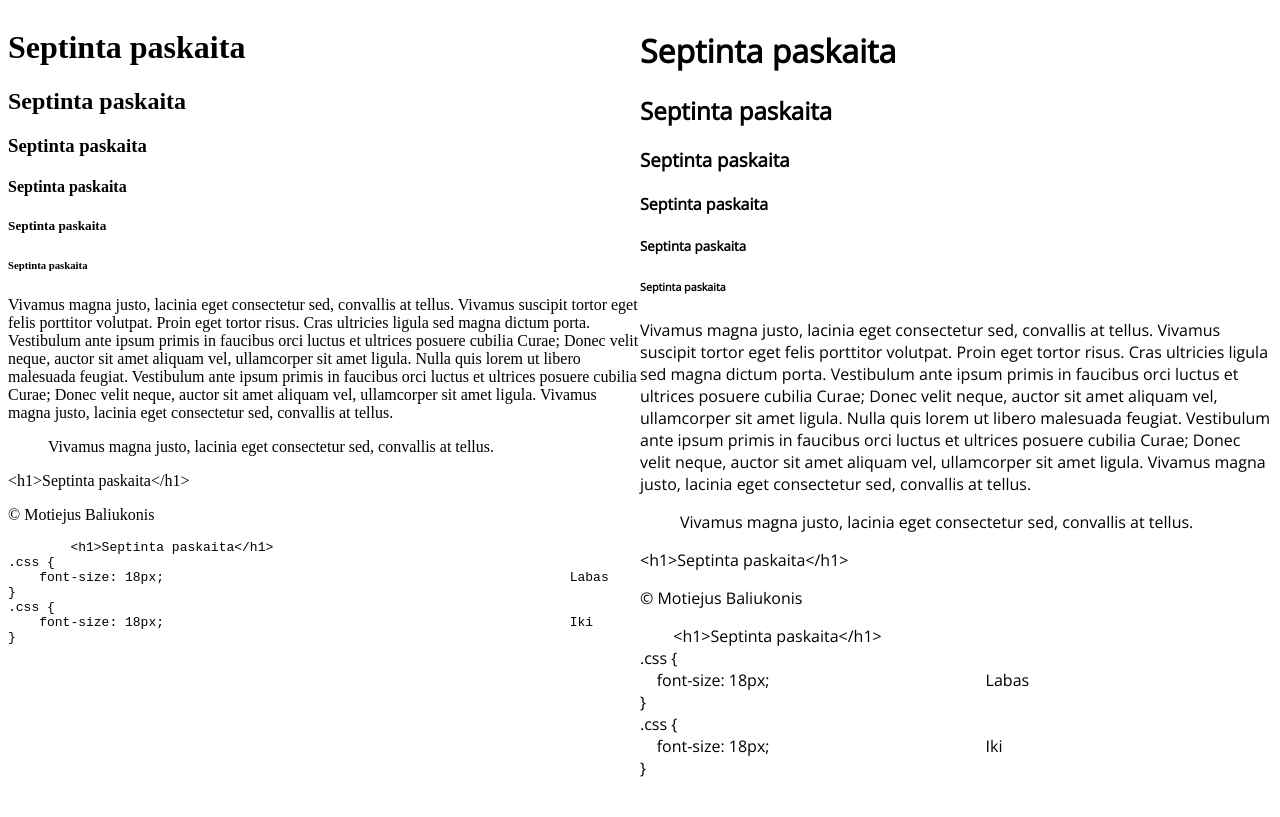
Repository: motiejus1/07-paskaita-05.31
Page: index.html
An editor plug-in stored every save of this project. The page is shown before and after the next save, followed by the edit.
The browser window is 1280 px wide. The pictures show the whole page.

Above is the page before, as saved 2021-06-10 19:41:44.

After the next save:
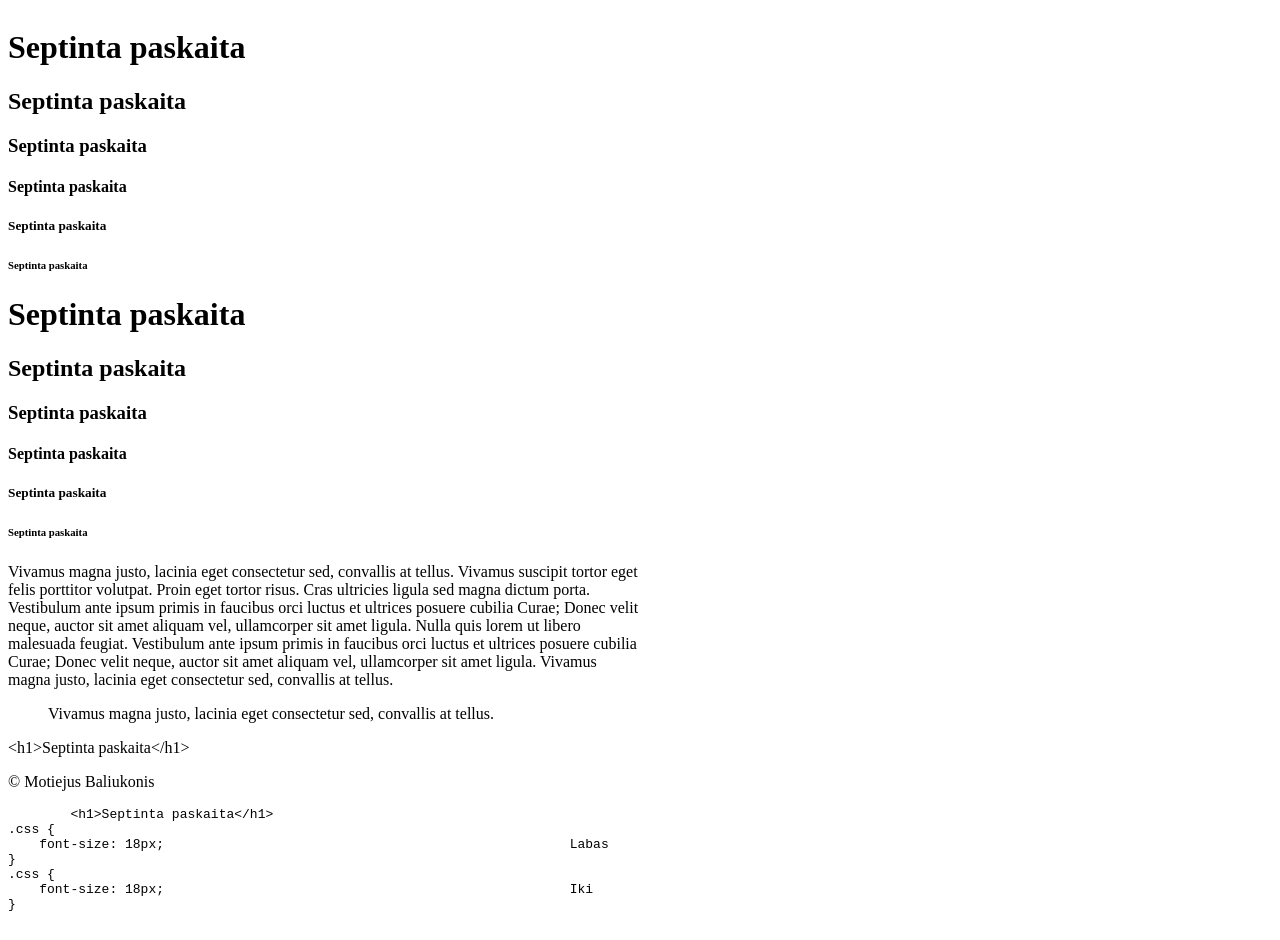
Saved 5 s later.
--- a/index.html
+++ b/index.html
@@ -47,7 +47,7 @@
             <h5>Septinta paskaita</h5>
             <h6>Septinta paskaita</h6>
 
-            <p class="sriftas1">Vivamus magna justo, lacinia eget consectetur sed, convallis at tellus. Vivamus suscipit tortor eget felis porttitor volutpat. Proin eget tortor risus. Cras ultricies ligula sed magna dictum porta. Vestibulum ante ipsum primis in faucibus orci luctus et ultrices posuere cubilia Curae; Donec velit neque, auctor sit amet aliquam vel, ullamcorper sit amet ligula. Nulla quis lorem ut libero malesuada feugiat. Vestibulum ante ipsum primis in faucibus orci luctus et ultrices posuere cubilia Curae; Donec velit neque, auctor sit amet aliquam vel, ullamcorper sit amet ligula. Vivamus magna justo, lacinia eget consectetur sed, convallis at tellus.</p>
+            <p class="sriftas1>Vivamus magna justo, lacinia eget consectetur sed, convallis at tellus. Vivamus suscipit tortor eget felis porttitor volutpat. Proin eget tortor risus. Cras ultricies ligula sed magna dictum porta. Vestibulum ante ipsum primis in faucibus orci luctus et ultrices posuere cubilia Curae; Donec velit neque, auctor sit amet aliquam vel, ullamcorper sit amet ligula. Nulla quis lorem ut libero malesuada feugiat. Vestibulum ante ipsum primis in faucibus orci luctus et ultrices posuere cubilia Curae; Donec velit neque, auctor sit amet aliquam vel, ullamcorper sit amet ligula. Vivamus magna justo, lacinia eget consectetur sed, convallis at tellus.</p>
 
             <blockquote>Vivamus magna justo, lacinia eget consectetur sed, convallis at tellus.</blockquote>
 

After the save that followed:
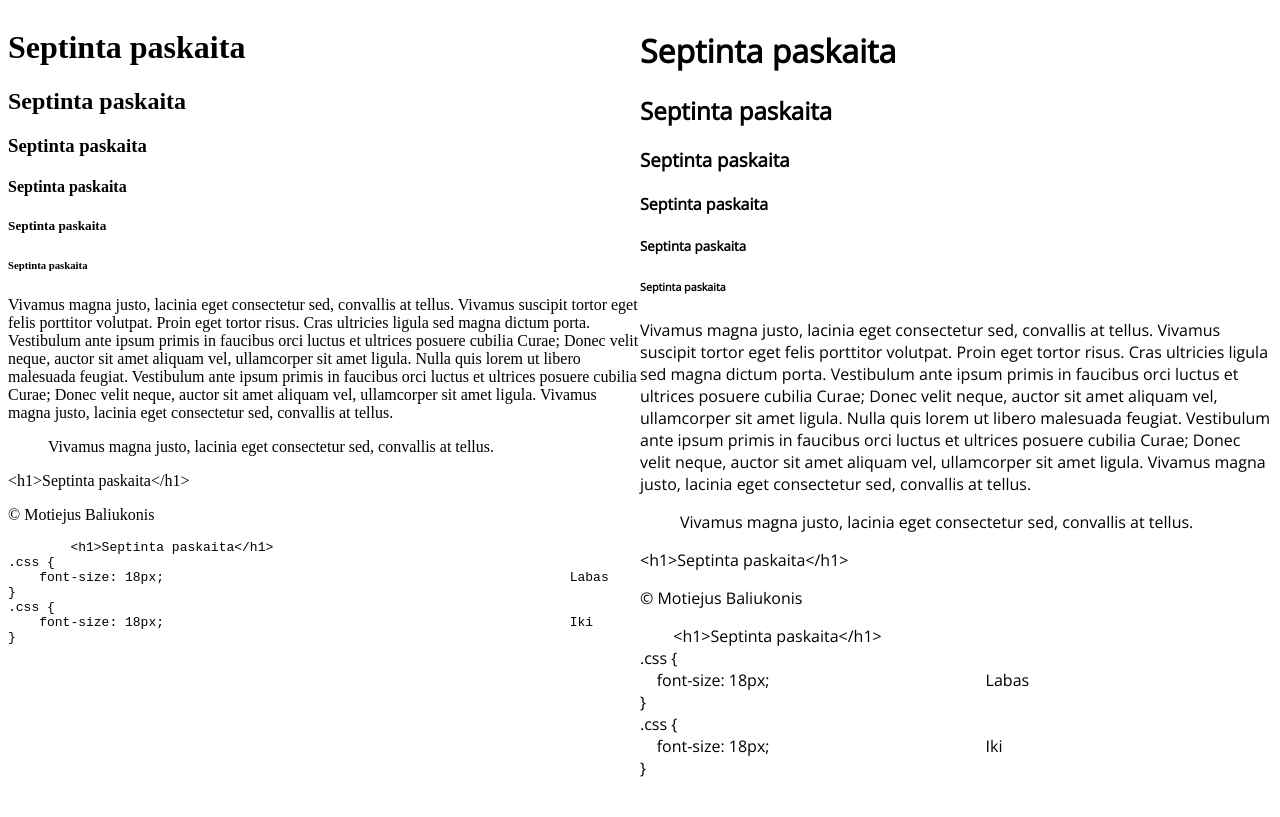
Saved 4 s later.
--- a/index.html
+++ b/index.html
@@ -47,7 +47,7 @@
             <h5>Septinta paskaita</h5>
             <h6>Septinta paskaita</h6>
 
-            <p class="sriftas1>Vivamus magna justo, lacinia eget consectetur sed, convallis at tellus. Vivamus suscipit tortor eget felis porttitor volutpat. Proin eget tortor risus. Cras ultricies ligula sed magna dictum porta. Vestibulum ante ipsum primis in faucibus orci luctus et ultrices posuere cubilia Curae; Donec velit neque, auctor sit amet aliquam vel, ullamcorper sit amet ligula. Nulla quis lorem ut libero malesuada feugiat. Vestibulum ante ipsum primis in faucibus orci luctus et ultrices posuere cubilia Curae; Donec velit neque, auctor sit amet aliquam vel, ullamcorper sit amet ligula. Vivamus magna justo, lacinia eget consectetur sed, convallis at tellus.</p>
+            <p>Vivamus magna justo, lacinia eget consectetur sed, convallis at tellus. Vivamus suscipit tortor eget felis porttitor volutpat. Proin eget tortor risus. Cras ultricies ligula sed magna dictum porta. Vestibulum ante ipsum primis in faucibus orci luctus et ultrices posuere cubilia Curae; Donec velit neque, auctor sit amet aliquam vel, ullamcorper sit amet ligula. Nulla quis lorem ut libero malesuada feugiat. Vestibulum ante ipsum primis in faucibus orci luctus et ultrices posuere cubilia Curae; Donec velit neque, auctor sit amet aliquam vel, ullamcorper sit amet ligula. Vivamus magna justo, lacinia eget consectetur sed, convallis at tellus.</p>
 
             <blockquote>Vivamus magna justo, lacinia eget consectetur sed, convallis at tellus.</blockquote>
 
